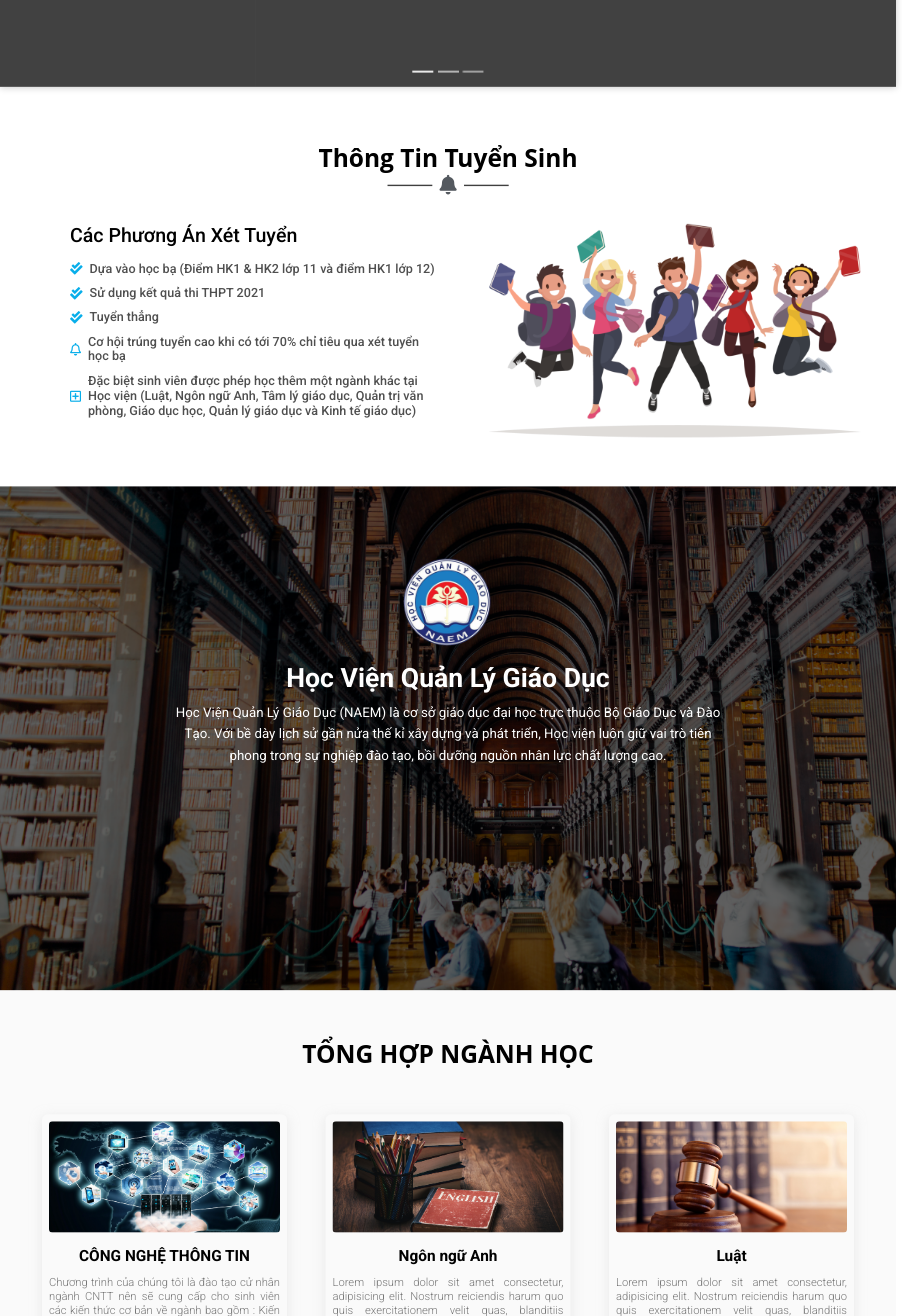
Repository: hongphuck1/trangweb1
Page: index.html
These files come from the project's save history. The page is drawn as it stood at one moment and after a run of saves; the edit follows.
The browser window is 1280 px wide. The page is 1288 px wide, so the pictures cover 1288 px, including what lies to the right of the window. The pictures show the part of the page from y = 537 to 2417 px (the page is 4941 px tall), at 70% of full size.
Pictures or frames that could not be fetched are drawn as grey boxes.

Above is the page before, as saved 2021-09-07 10:31:15.

After the next 2 saves:
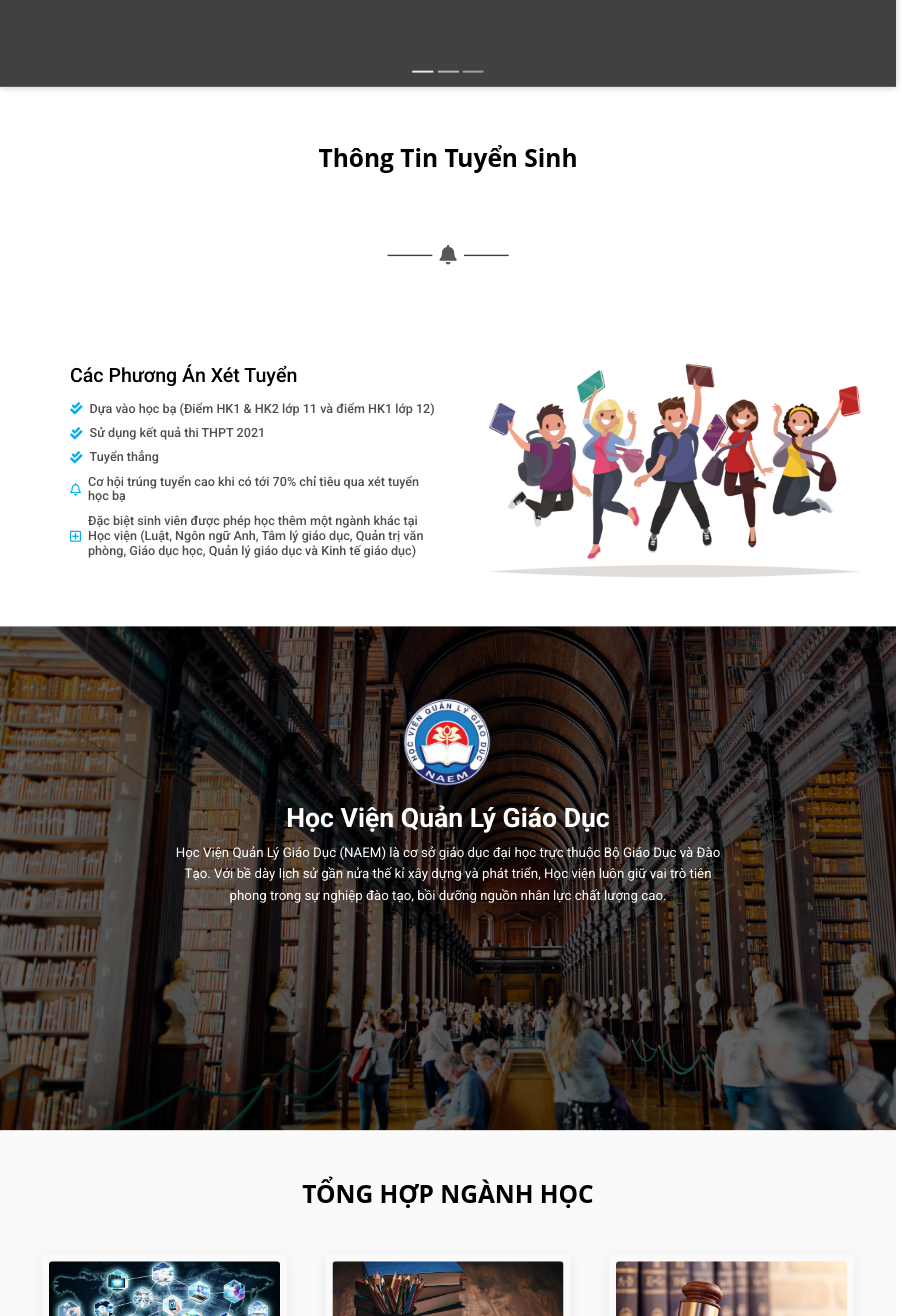
The 2 saves are shown as one change because they came seconds apart.
The last was saved 25 s later.
--- a/css/style.css
+++ b/css/style.css
@@ -210,6 +210,7 @@
           }
           .container-body-name__icon{
             position: relative;
+            padding: 100px 0;
           }
           .container-body-name__icon::before {
             content: "";
